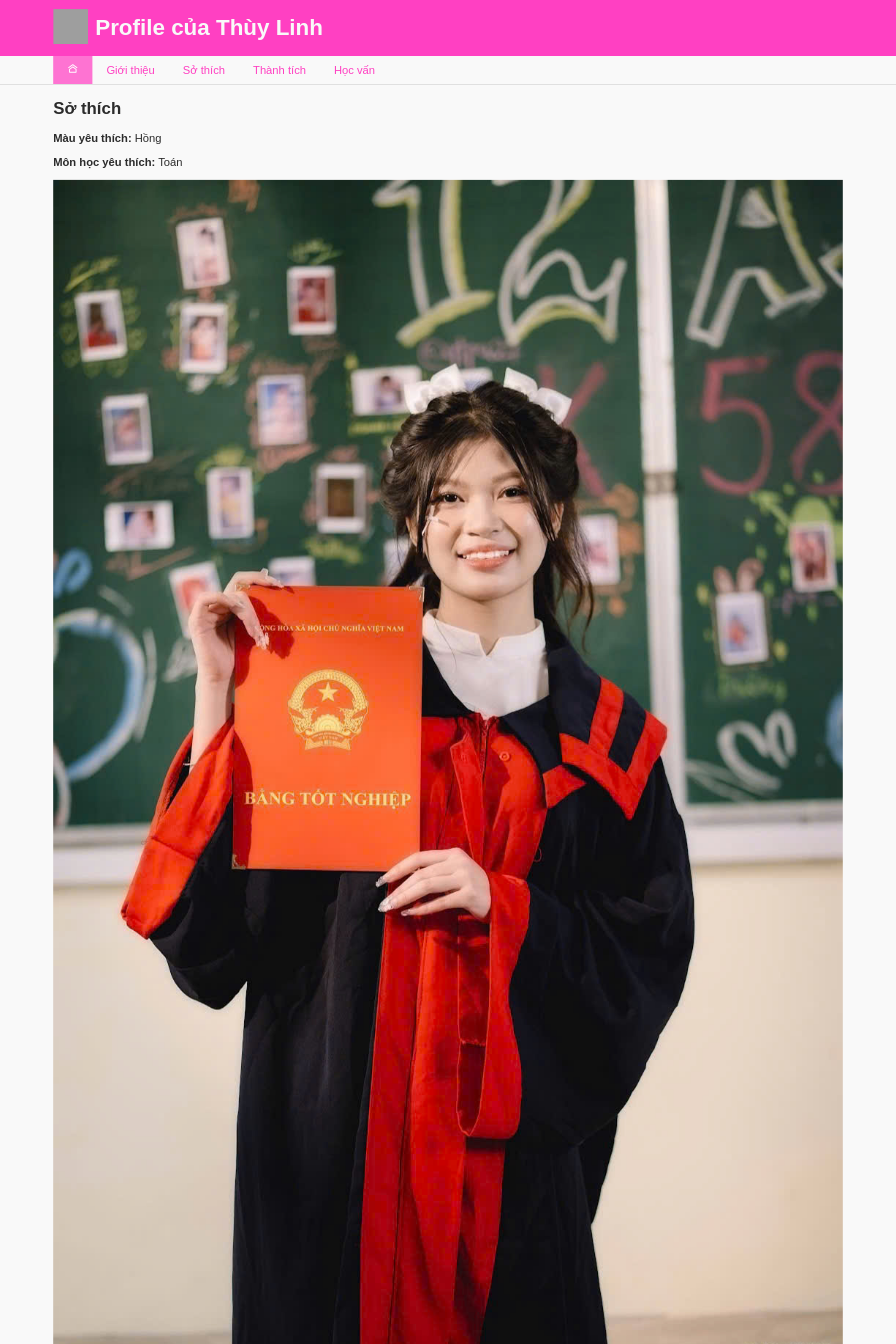
Repository: DucLong-PD07979/profile-vu-thuy-linh
Page: so-thich.html
These files come from the project's save history. The page is drawn as it stood at one moment and after the next save; the edit follows.
The browser window is 1280 px wide. The pictures show the part of the page from y = 0 to 1920 px (the page is 5508 px tall before and 968 px after), at 70% of full size.
Pictures or frames that could not be fetched are drawn as grey boxes.

Above is the page before, as saved 2025-03-13 21:23:44.
Not found: script.js

### so-thich.html
<!DOCTYPE html>
<html lang="vi">
    <head>
        <meta charset="UTF-8" />
        <meta name="viewport" content="width=device-width, initial-scale=1.0" />
        <title>Profile của Thùy Linh</title>
        <link rel="stylesheet" href="./css/main.css" />
        <script defer src="script.js"></script>
    </head>
    <body>
        <header>
            <div class="container">
                <div class="logo">
                    <img
                        src="https://encrypted-tbn0.gstatic.com/images?q=tbn:ANd9GcQHs0UoAlT72hduByWmi6BstIWlXX2zQqTC_Q&s"
                        alt="Logo"
                    />
                </div>
                <h1>Profile của Thùy Linh</h1>
            </div>
        </header>
        <div class="menu-list">
            <div class="container">
                <nav>
                    <ul>
                        <li>
                            <a href="./index.html" class="active">
                                <svg
                                    xmlns="http://www.w3.org/2000/svg"
                                    viewBox="0 0 24 24"
                                    fill="currentColor"
                                >
                                    <path
                                        d="M12.5812 2.68627C12.2335 2.43791 11.7664 2.43791 11.4187 2.68627L1.9187 9.47198L3.08118 11.0994L11.9999 4.7289L20.9187 11.0994L22.0812 9.47198L12.5812 2.68627ZM19.5812 12.6863L12.5812 7.68627C12.2335 7.43791 11.7664 7.43791 11.4187 7.68627L4.4187 12.6863C4.15591 12.874 3.99994 13.177 3.99994 13.5V20C3.99994 20.5523 4.44765 21 4.99994 21H18.9999C19.5522 21 19.9999 20.5523 19.9999 20V13.5C19.9999 13.177 19.844 12.874 19.5812 12.6863ZM5.99994 19V14.0146L11.9999 9.7289L17.9999 14.0146V19H5.99994Z"
                                    ></path>
                                </svg>
                            </a>
                        </li>
                        <li>
                            <a href="./ban-than.html">Giới thiệu</a>
                            <ul class="menu-children">
                                <li><a href="./ban-than.html">Bản thân</a></li>
                                <li><a href="./gia-dinh.html">Gia đình</a></li>
                            </ul>
                        </li>
                        <li><a href="./so-thich.html">Sở thích</a></li>
                        <li><a href="./thanh-tich.html">Thành tích</a></li>
                        <li><a href="./hoc-van.html">Học vấn</a></li>
                    </ul>
                </nav>
            </div>
        </div>
        <section id="hobbies">
            <div class="container">
                <h2>Sở thích</h2>
                <div class="hobbies-section-content">
                    <div class="box">
                        <p><strong>Màu yêu thích:</strong> Hồng</p>
                        <p><strong>Môn học yêu thích:</strong> Toán</p>
                    </div>
                    <div class="images">
                        <img src="./images/anh-ban-than-2.jpg" alt="" />
                        <img src="./images/anh-ban-than-3.jpg" alt="" />
                        <img src="./images/anh-ban-than-4.jpg" alt="" />
                    </div>
                </div>
            </div>
        </section>
        <footer>
            <div class="container">
                <div class="logo">
                    <img
                        src="https://encrypted-tbn0.gstatic.com/images?q=tbn:ANd9GcQHs0UoAlT72hduByWmi6BstIWlXX2zQqTC_Q&s"
                        alt="Logo"
                    />
                </div>
                <p>Liên hệ: 0924994750</p>
                <p>Email: Thuylinh182@gmail.com</p>
            </div>
        </footer>
    </body>
</html>
<!-- https://profile-vu-thuy-linh.vercel.app/ -->

### css/main.css
* {
    box-sizing: border-box;
}

body {
    font-family: Arial, sans-serif;
    margin: 0;
    padding: 0;
    background-color: #f9f9f9;
    color: #2c2c2c;
}

.container {
    margin: 0 5%;
    padding: 0 12px;
}

header {
    background-color: #ff40c2;
    color: #f9f9f9;
}

header .container {
    display: flex;
    align-items: center;
}

.logo img {
    width: 50px;
    height: 50px;
    margin-right: 10px;
}

.menu-list {
    color: #ff40c2;
    border-bottom: 1px solid #d6d6d6;
}

nav ul {
    list-style: none;
    padding: 0;
    display: flex;
    align-items: center;
    margin: 0;
}

nav ul li {
    display: inline;
    position: relative;
}

nav ul li a {
    color: #ff40c2;
    text-decoration: none;
    padding: 10px 20px;
    display: block;
    font-size: 16px;
    transition: all 0.1s linear;
}

nav ul li a.active {
    background-color: #fe73d2;
}

nav ul li a svg {
    width: 16px;
    height: 16px;
    color: #ffffff;
}

nav ul li a:hover {
    color: white;
    background-color: #fe73d2;
}

.menu-children {
    position: absolute;
    z-index: 9;
    top: 100%;
    display: none;
    background-color: #f9f9f9;
}

nav ul li:hover .menu-children {
    display: block;
}

.participation-section {
    display: grid;
    gap: 10px;
    grid-template-columns: 1fr 1fr 1fr 1fr 1fr;
}

.item-1 {
    grid-column: 1 / 5;
    display: grid;
    grid-template-columns: 1fr 1fr;
    gap: 10px;
    width: 100%;
}

.item-2 {
    grid-column: 5 / 6;
}

.participation-section .item-1 img {
    width: 100%;
    height: 300px;
}

.participation-section .item-2 img {
    width: 100%;
    height: 240px;
    margin-bottom: 10px;
}

.participation-content {
    width: 100%;
}

.participation-content a {
    color: #404042;
    display: block;
    padding: 6px 0;
}

.participation-content a:hover {
    color: #fe73d2;
    text-decoration: underline;
}

/* giới thiệu bản thân */
#introduce-section {
    background-color: #fbdce2;
    width: 100%;
    padding: 20px 0;
}

.introduce-section-content {
    display: grid;
    grid-template-columns: 1fr 1fr;
    gap: 10px;
    align-items: center;
}

.introduce-section-content .box .gallery {
    width: 100%;
}

.introduce-section-content .box .gallery img {
    width: 100%;
    height: 400px;
    object-fit: fill;
}

.introduce-section-content .item-3 {
    grid-column: 1 /3;
    display: grid;
    gap: 20px;
    grid-template-columns: 1fr 1fr 1fr;
}

.introduce-section-content img {
    width: 100%;
    height: 600px;
    margin: 50px 0;
}

.introduce-section-content .box p {
    font-size: 18px;
}
/* gia dinh */

#family-section {
    background-color: #e8d5f3;
    width: 100%;
    padding: 20px 0;
}

.family-section-content {
    display: grid;
    grid-template-columns: 1fr 1fr 1fr 1fr;
    gap: 10px;
}

.family-section-content .box img {
    width: 100%;
    height: 340px;
    object-fit: fill;
}

.family-section-content .box p {
    font-size: 18px;
}

/* thanh tich */

#achievements {
    background-color: #eeeeeb;
    width: 100%;
    padding: 20px 0;
}

.achievements-section-content {
    display: grid;
    grid-template-columns: 1fr 1fr;
    gap: 10px;
}

.achievements-section-content .box img {
    width: 100%;
    height: 400px;
}

.achievements-section-content .box p {
    font-size: 18px;
}

/* học vấn */
#education {
    background-color: #dceeff;
    width: 100%;
    padding: 20px 0;
}

/* sở thích */
.hobbies-section-content .images {
    display: flex;
    gap: 10px;
    display: grid;
    grid-template-rows: 1fr 1fr 1fr;
}

.hobbies-section-content .images {
    width: 100%;
}

.hobbies-section-content .images img {
    width: 100%;
    height: 100%;
}

footer {
    background-color: #ff40c2;
    color: white;
    padding: 10px;
}

After the next save:
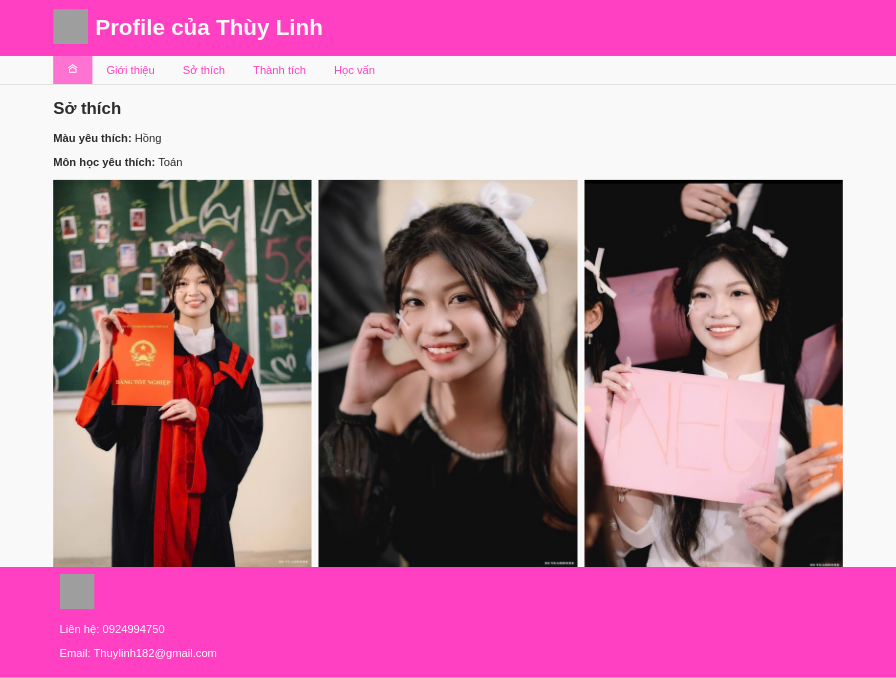
Saved 59 s later.
--- a/css/main.css
+++ b/css/main.css
@@ -228,7 +228,7 @@ nav ul li:hover .menu-children {
     display: flex;
     gap: 10px;
     display: grid;
-    grid-template-rows: 1fr 1fr 1fr;
+    grid-template-columns: 1fr 1fr 1fr;
 }
 
 .hobbies-section-content .images {
